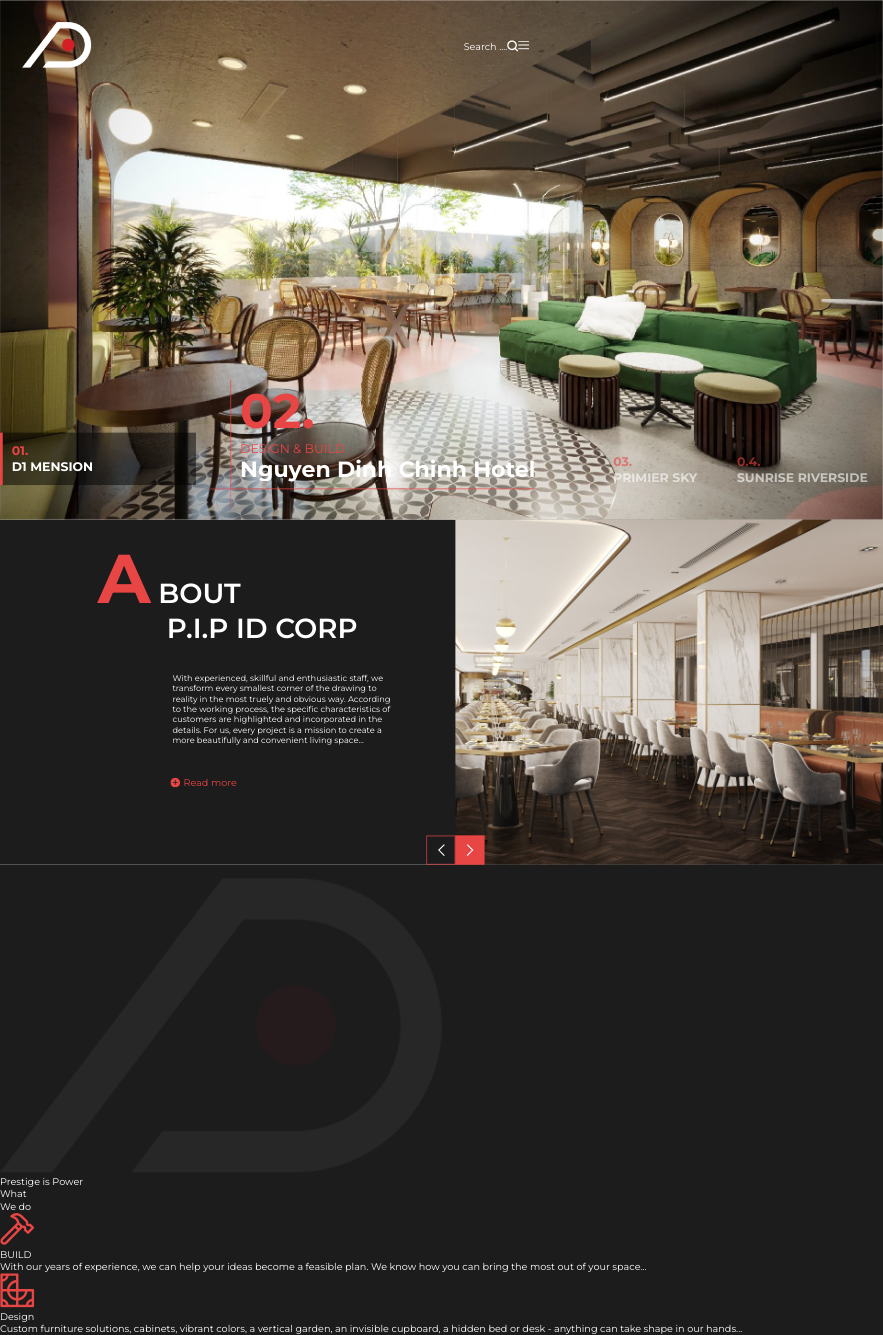
Repository: huudang2840/pipHomePage
Page: index.html
These files come from the project's save history. The page is drawn as it stood at one moment and after the next save; the edit follows.
The browser window is 1280 px wide. The pictures show the whole page, at 69% of full size.

Above is the page before, as saved 2023-03-21 14:48:58.

### index.html
<!DOCTYPE html>
<html lang="en">
  <head>
    <meta charset="UTF-8" />
    <meta http-equiv="X-UA-Compatible" content="IE=edge" />
    <meta name="viewport" content="width=device-width, initial-scale=1.0" />
    <title>Pip Home Page</title>

    <!-- CSS -->
    <link rel="stylesheet" href="style/style.css" />

    <!-- Fonts -->
    <link rel="preconnect" href="https://fonts.googleapis.com" />
    <link rel="preconnect" href="https://fonts.gstatic.com" crossorigin />
    <link
      href="https://fonts.googleapis.com/css2?family=Montserrat:wght@400;600;700&display=swap"
      rel="stylesheet"
    />
  </head>
  <body>
    <!-- Header -->
    <header class="header">
      <div class="header__img">
        <img src="/img/logo.png" alt="" />
      </div>
      <div class="header__option">
        <div class="option__search">
          <p>Search ....</p>
          <svg
            width="16"
            height="17"
            viewBox="0 0 16 17"
            fill="none"
            xmlns="http://www.w3.org/2000/svg"
          >
            <path
              d="M15.7189 14.9442L12.6438 11.8691C13.5758 10.6491 14.0869 9.16936 14.0871 7.60786C14.0871 5.72609 13.3542 3.95682 12.0234 2.62623C10.6928 1.29564 8.92376 0.562744 7.04176 0.562744C5.15999 0.562744 3.39072 1.29564 2.06013 2.62623C-0.68671 5.3733 -0.68671 9.84287 2.06013 12.5895C3.39072 13.9203 5.15999 14.6532 7.04176 14.6532C8.60326 14.653 10.0831 14.1419 11.3031 13.2099L14.3781 16.285C14.563 16.4701 14.8059 16.5627 15.0485 16.5627C15.2911 16.5627 15.5339 16.4701 15.7189 16.285C16.0892 15.9148 16.0892 15.3143 15.7189 14.9442ZM3.40091 11.2487C1.39344 9.24124 1.39368 5.97471 3.40091 3.96701C4.37339 2.99476 5.66649 2.4591 7.04176 2.4591C8.41726 2.4591 9.71012 2.99476 10.6826 3.96701C11.6551 4.93949 12.1908 6.23258 12.1908 7.60786C12.1908 8.98336 11.6551 10.2762 10.6826 11.2487C9.71012 12.2212 8.41726 12.7568 7.04176 12.7568C5.66649 12.7568 4.37339 12.2212 3.40091 11.2487Z"
              fill="white"
            />
          </svg>
        </div>
        <div class="option__lang"></div>
        <div class="option__menu">
          <svg
            width="16"
            height="13"
            viewBox="0 0 16 13"
            fill="none"
            xmlns="http://www.w3.org/2000/svg"
          >
            <path
              d="M16 10.9167V12.25H0V10.9167H16ZM16 5.58333V6.91667H0V5.58333H16ZM16 0.25V1.58333H0V0.25H16Z"
              fill="white"
            />
          </svg>
        </div>
        <div class="option__share"></div>
      </div>
    </header>

    <!-- Main -->
    <section>
      <div class="intro">
        <div class="intro__background">
          <img src="/img/page1.png" alt="" srcset="" id="masked" />
        </div>
        <div class="intro__list">
          <div class="list__left">
            <div>
              <span>
                <p>01.</p>
                <p>D1 Mension</p>
              </span>
            </div>
            <div>
              <span id="active_intro">
                <h1>02.</h1>
                <p>Design & build</p>
                <h1>Nguyen Dinh Chinh Hotel</h1>
                <div class="border__box"></div>
              </span>
            </div>
          </div>

          <div class="list__right">
            <div>
              <span>
                <p>03.</p>
                <p>Primier Sky</p>
              </span>
            </div>
            <div>
              <span>
                <p>0.4.</p>
                <p>Sunrise Riverside</p>
              </span>
            </div>
          </div>
        </div>
      </div>
      <div class="about">
        <div class="about__left">
          <span>
            <span>
              <h1><span class="text-red">A</span> bout</h1>
            </span>
            <h1 class="ml-100">P.I.P ID CORP</h1>
          </span>
          <span class="about__left__textaera">
            <p>
              With experienced, skillful and enthusiastic staff, we transform every smallest corner
              of the drawing to reality in the most truely and obvious way. According to the working
              process, the specific characteristics of customers are highlighted and incorporated in
              the details. For us, every project is a mission to create a more beautifully and
              convenient living space…
            </p>
          </span>
          <div class="read-more">
            <svg
              width="14"
              height="14"
              viewBox="0 0 14 14"
              fill="none"
              xmlns="http://www.w3.org/2000/svg"
            >
              <path
                d="M7 0C3.14005 0 0 3.14005 0 7C0 10.86 3.14005 14 7 14C10.86 14 14 10.86 14 7C14 3.14005 10.86 0 7 0ZM10.0625 7.5833H7.5833V10.0625C7.5833 10.3845 7.32204 10.6458 7 10.6458C6.67796 10.6458 6.4167 10.3845 6.4167 10.0625V7.5833H3.9375C3.61546 7.5833 3.3542 7.32204 3.3542 7C3.3542 6.67796 3.61546 6.4167 3.9375 6.4167H6.4167V3.9375C6.4167 3.61546 6.67796 3.3542 7 3.3542C7.32204 3.3542 7.5833 3.61546 7.5833 3.9375V6.4167H10.0625C10.3845 6.4167 10.6458 6.67796 10.6458 7C10.6458 7.32204 10.3845 7.5833 10.0625 7.5833Z"
                fill="#E84545"
              />
            </svg>
            <p>Read more</p>
          </div>
          <div class="arrow_prev">
            <svg
              width="11"
              height="18"
              viewBox="0 0 11 18"
              fill="none"
              xmlns="http://www.w3.org/2000/svg"
            >
              <path d="M10 17L2 9L10 1" stroke="white" stroke-width="1.6" />
            </svg>
          </div>
        </div>
        <div class="about__right">
          <img src="/img/about.jpeg" alt="" />
          <div class="arrow_next">
            <svg
              width="11"
              height="18"
              viewBox="0 0 11 18"
              fill="none"
              xmlns="http://www.w3.org/2000/svg"
            >
              <path d="M1 1L9 9L1 17" stroke="white" stroke-width="1.6" />
            </svg>
          </div>
        </div>
      </div>
      <div class="wedo">
        <div class="wedo__top">
          <div class="wedo__top__logo">
            <img src="/img/logo2.png" alt="" srcset="" />
          </div>
          <h2 class="wedo__top__text">Prestige is Power</h2>
        </div>
        <div class="wedo__bottom">
          <h2 class="wedo__bottom__text">What</h2>
          <h2 class="wedo__bottom__text">We do</h2>

          <div class="wedo__bottom__build">
            <svg
              width="50"
              height="48"
              viewBox="0 0 50 48"
              fill="none"
              xmlns="http://www.w3.org/2000/svg"
            >
              <path
                d="M48.9873 21.1033L44.931 17.0479C44.6268 16.7437 44.2209 16.5625 43.7911 16.5386L40.962 16.3804L40.8901 13.6863C40.8782 13.2385 40.6953 12.8113 40.3783 12.4951L32.3717 4.48853C30.1056 2.22241 27.0927 0.973145 23.8875 0.973145C23.8849 0.973145 23.8823 0.973145 23.8798 0.973145C20.6754 0.974854 17.6633 2.22412 15.3989 4.48853C14.9683 4.91919 14.7922 5.54126 14.9341 6.13257C15.0759 6.72559 15.5151 7.20068 16.0936 7.39038C22.7092 9.54797 24.1731 12.4049 24.6757 15.0402L2.11755 37.5984C-0.0357666 39.7517 -0.0357666 43.2551 2.11755 45.4084C4.27087 47.5618 7.77429 47.5618 9.92761 45.4084L28.4667 26.8694C28.4674 26.8686 28.4685 26.8684 28.4692 26.8677C28.47 26.8669 28.4702 26.8659 28.4709 26.8651L32.5843 22.7518L34.5305 22.804L34.6976 25.6372C34.7224 26.0645 34.9036 26.4695 35.2069 26.772L39.2632 30.8274C39.605 31.1692 40.0527 31.3401 40.5005 31.3401C40.9482 31.3401 41.396 31.1692 41.7378 30.8274L48.9873 23.5779C49.3154 23.2498 49.5 22.8054 49.5 22.3406C49.5 21.8757 49.3154 21.4314 48.9873 21.1033ZM38.1523 24.7673L37.978 21.8125C37.9532 21.3853 37.7721 20.9802 37.4688 20.6777L36.6296 19.8386C36.285 19.5467 35.8884 19.3765 35.4393 19.3259L32.6357 19.2507L28.1915 14.8074C27.6429 11.4988 26.0912 7.94067 20.2883 5.26782C21.3983 4.74829 22.6194 4.47485 23.8823 4.47314H23.8875C26.157 4.47314 28.2915 5.35669 29.8971 6.96313L37.4106 14.4758L37.4858 17.3025C37.5493 17.7349 37.6595 18.1839 37.9918 18.4919L37.9952 18.4886C37.9967 18.4901 37.997 18.4922 37.9985 18.4937L38.8265 19.3208C39.1307 19.625 39.5366 19.8062 39.9656 19.8301L42.929 19.9958L45.2754 22.3406L40.5005 27.1155L38.1523 24.7673ZM7.453 42.9338C6.66345 43.7234 5.38171 43.7234 4.59216 42.9338C3.80347 42.1443 3.80347 40.8625 4.59216 40.073L21.8961 22.7691L24.7569 25.6299L7.453 42.9338ZM27.2315 23.1553L24.3707 20.2945L26.5492 18.116L29.41 20.9768L27.2315 23.1553Z"
                fill="#E84545"
              />
            </svg>
            <h3>BUILD</h3>
            <p>
              With our years of experience, we can help your ideas become a feasible plan. We know
              how you can bring the most out of your space...
            </p>
          </div>
          <div class="wedo__bottom__design">
            <svg
              width="50"
              height="50"
              viewBox="0 0 50 50"
              fill="none"
              xmlns="http://www.w3.org/2000/svg"
            >
              <path
                d="M47.75 23.25H26.75V2.25C26.75 1.28357 25.9664 0.5 25 0.5H2.25C1.28357 0.5 0.5 1.28357 0.5 2.25V47.75C0.5 48.7164 1.28357 49.5 2.25 49.5H47.75C48.7164 49.5 49.5 48.7164 49.5 47.75V39V25C49.5 24.0336 48.7164 23.25 47.75 23.25ZM46 37.4081C41.6125 38.1488 38.1488 41.6125 37.4081 46H26.75V39.7627C33.554 38.9605 38.9605 33.554 39.7627 26.75H46V37.4081ZM46 46H40.9713C41.6062 43.5433 43.5433 41.6062 46 40.9713V46ZM4 12.5919C8.3875 11.8512 11.8512 8.3875 12.5919 4H23.25V10.2373C16.446 11.0395 11.0395 16.446 10.2373 23.25H4V12.5919ZM4 4H9.02869C8.3938 6.45667 6.45667 8.3938 4 9.02869V4ZM23.25 26.75V36.226C18.3799 35.4688 14.5312 31.6201 13.774 26.75H23.25ZM26.75 26.75H36.2408C35.4855 31.6218 31.6204 35.4564 26.75 36.2148V26.75ZM23.25 23.25H13.7852C14.5436 18.3796 18.3782 14.5145 23.25 13.7592V23.25ZM4 46V40.9713C6.45667 41.6062 8.3938 43.5433 9.02869 46H4ZM4 37.4081V26.75H10.2373C11.0395 33.554 16.446 38.9605 23.25 39.7627V46H12.5919C11.8512 41.6125 8.3875 38.1488 4 37.4081Z"
                fill="#E84545"
              />
            </svg>
            <h3>Design</h3>
            <p>
              Custom furniture solutions, cabinets, vibrant colors, a vertical garden, an invisible
              cupboard, a hidden bed or desk - anything can take shape in our hands...
            </p>
          </div>
        </div>
      </div>
      <div class="projects"></div>
      <div class="customer"></div>
      <div class="contact"></div>
    </section>

    <!-- Footer -->
    <footer></footer>
  </body>
  <script src="/js/index.js"></script>
</html>

### style/style.css
:root {
  --color-bg: #1c1c1c;
  --color-red: #e84545;
}
* {
  margin: 0;
  padding: 0;
  color: white;
  font-family: "Montserrat", sans-serif;
  font-size: 14px;
  font-weight: 400;
  list-style: none;
}
/* Header */
.header {
  position: fixed;
  display: flex;
  width: 100%;
  background-color: transparent;
  justify-content: space-between;
  align-items: center;
  z-index: 10;
  padding: 32px;
}
.header__img {
  flex: 1;
}
.header__img > img {
  width: 100px;
  height: 66px;
}
#masked {
  z-index: 10;
  /* background-color: black; */
  /* background: radial-gradient(50% 50% at 50% 50%, rgba(0, 0, 0, 0) 0%, #000000 100%); */

  /* -webkit-mask-image: radial-gradient(
    circle at 50% 50%,
    rgb(0, 0, 0) 40%,
    rgba(0, 0, 0, 0.617) 70%
  ); */

  /* -webkit-mask-image: radial-gradient(circle at center, red 0, blue, green 100%); */
}

.header__option {
  flex: 1;
  width: 100px;
  height: 66px;
  display: flex;
  align-items: center;
}

.option__search {
  display: flex;
}
.option__menu {
  width: 50px;
}

/* Intro */
.intro {
  position: relative;
}
.intro__background {
  height: 100%;
  width: 100%;
}

.intro__background > img {
  width: 100%;
  object-fit: cover;
  display: block;
}
.intro__list {
  display: flex;
  width: 100%;
  position: absolute;
  bottom: 50px;
  justify-content: space-between;
}

.intro__list span {
  height: 100%;
  display: flex;
  flex-direction: column;
  justify-content: center;
  padding-left: 13px;
}
.intro__list span > * {
  font-size: 18px;
  font-weight: 700;
  text-transform: uppercase;
  z-index: 10;
}
.intro__list span > p:nth-child(1) {
  color: var(--color-red);
}
.list__left {
  display: flex;
  flex: 2;
}
.list__left div:nth-child(1) {
  height: 76px;
  width: 280px;
  align-self: end;
  border-left: 4px solid var(--color-red);
  background: rgb(0, 0, 0, 0.5);
}

.list__right {
  display: flex;
  flex: 1;
  align-self: flex-end;
  opacity: 0.6;
  justify-content: space-around;
}

#active_intro {
  margin-left: 50px;
  border-bottom: 1px solid var(--color-red);
  border-left: 1px solid var(--color-red);
  position: relative;
  padding-bottom: 5px;
}
#active_intro h1:nth-child(1) {
  font-size: 70px;
  color: var(--color-red);
}
#active_intro p {
  font-size: 18px;
  font-weight: 400;
  color: var(--color-red);
}
#active_intro h1:nth-child(3) {
  font-size: 32px;
  text-transform: none;
}

.border__box {
  position: absolute;
  left: -31px;
  bottom: -31px;
  height: 30px;
  width: 30px;
  border-top: 1px solid var(--color-red);
  border-right: 1px solid var(--color-red);
}
/* About */
.about {
  background-color: var(--color-bg);
  display: flex;
  height: 500px;
}
.about__left {
  flex: 1;
  padding-top: 60px;
  display: flex;
  flex-direction: column;
  align-items: center;
  position: relative;
}
.arrow_prev {
  display: flex;
  position: absolute;
  height: 40px;
  width: 40px;
  border: 1.6px solid var(--color-red);
  align-items: center;
  justify-content: center;
  bottom: 0;
  right: 0;
}
.text-red {
  font-weight: 700;
  font-size: 100px;
  /* line-height: 195px; */
  color: var(--color-red);
}
.about__left h1 {
  font-weight: 600;
  font-size: 40px;
  text-transform: uppercase;
  line-height: 50px;
}
.text-about {
  display: flex;
}
.about__right {
  flex: 1;
  position: relative;
}
.arrow_next {
  display: flex;
  position: absolute;
  height: 40px;
  width: 40px;
  border: 1.6px solid var(--color-red);
  background-color: var(--color-red);
  align-items: center;
  justify-content: center;
  bottom: 0;
  left: 1;
}
.about__right > img {
  height: 100%;
  width: 100%;
  object-fit: cover;
}
.about__left__textaera {
  margin-top: 40px;
}
.about__left__textaera p {
  margin-left: 250px;
  margin-right: 90px;
  width: 320px;
  overflow-wrap: break-word;
  font-size: 12px;
}
.read-more {
  display: flex;
  margin-top: 45px;
  margin-right: 70px;
  align-items: center;
}
.read-more p {
  margin-left: 5px;
  color: var(--color-red);
}
.ml-100 {
  margin-left: 100px;
}

/* Wedo */
.wedo {
  background-color: var(--color-bg);
}
.wedo__top {
  position: relative;
}

.wedo__top__logo {
  padding-top: 20px;
  opacity: 0.05;
  width: 50%;
}

.wedo__top__logo img {
  width: 100%;
  height: 100%;
}

Loaded but not shown: js/index.js (no copy from this time; the picture is the same without it)

After the next save:
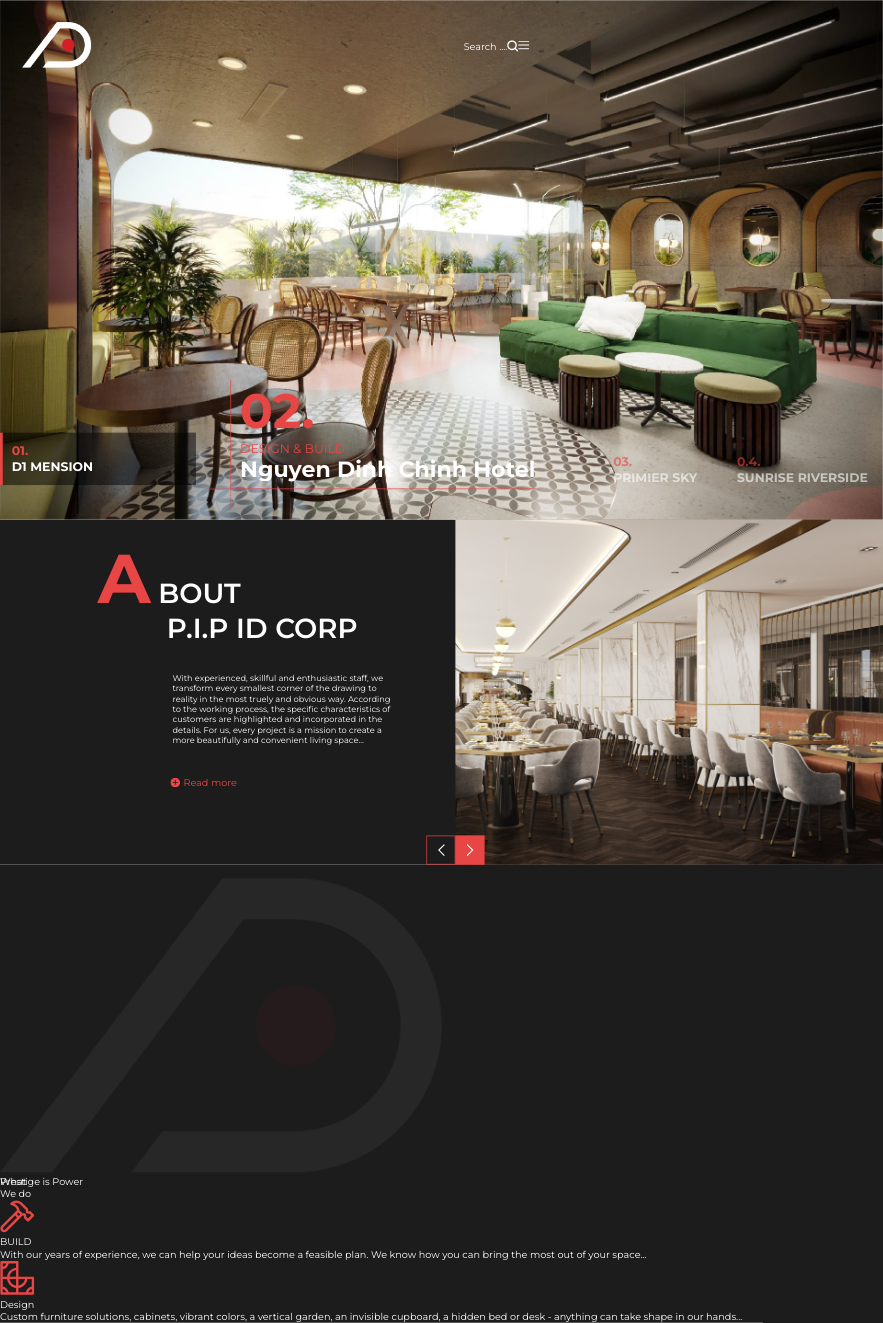
Saved 23 s later.
--- a/style/style.css
+++ b/style/style.css
@@ -244,6 +244,9 @@
   opacity: 0.05;
   width: 50%;
 }
+.wedo__top__text {
+  position: absolute;
+}
 
 .wedo__top__logo img {
   width: 100%;
